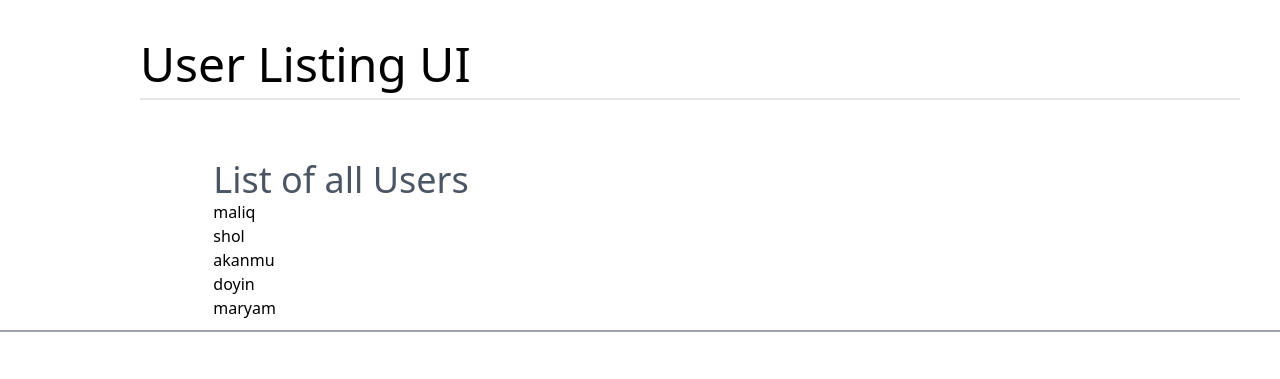
Repository: Marlstergo/listings
Page: / (app in client/)
These files come from the project's save history. The page is drawn as it stood at one moment and after the next save; the edit follows.
The browser window is 1280 px wide. The pictures show the whole page.
The project was rebuilt for these pictures with package versions that can differ from the ones it lists, and the page was loaded fresh each time. Also part of the build but not shown: client/craco.config.js, client/src/components/Loader.js, client/src/components/Order.js, client/src/components/Modal.js. Imported but missing from the stored project, and not drawn on this page: client/src/components/Base, client/src/components/Toppings.

Above is the page before, as saved 2021-07-20 21:58:11.

### client/src/index.js
/* eslint-disable no-unused-vars */
import React from "react";
import ReactDOM from "react-dom";
import "./index.css";
import App from "./App";
import reportWebVitals from "./reportWebVitals";
import { BrowserRouter } from "react-router-dom";
import { Provider } from "react-redux";
import { store } from "./redux/store";
import { PersistGate } from "redux-persist/integration/react";
import { persistor } from "./redux/store";

ReactDOM.render(
  <React.StrictMode>
    <Provider store={store}>
      <BrowserRouter>
        <PersistGate persistor={persistor}>
          <App />
        </PersistGate>
      </BrowserRouter>
    </Provider>
  </React.StrictMode>,
  document.getElementById("root")
);

// If you want to start measuring performance in your app, pass a function
// to log results (for example: reportWebVitals(console.log))
// or send to an analytics endpoint. Learn more: https://bit.ly/CRA-vitals
reportWebVitals();

### client/src/App.js
import React, { useState } from 'react';
import { Route, Switch, useLocation } from "react-router-dom";
import Header from './components/Header';
import Home from './components/Home';
import Base from './components/Base';
import Toppings from './components/Toppings';
import Order from './components/Order';
import Modal from './components/Modal';
import { AnimatePresence } from 'framer-motion';

function App() {
  const location = useLocation();
  const showModal = true;

  return (
    <>
      <Header />
      {/* <Modal showModal={showModal} /> */}
      <AnimatePresence exitBeforeEnter>
        <Switch location={location} key={location.key}>
          <Route path="/">
            <Home />
          </Route>
          <Route path="/createUpdateUser">
            <Toppings />
          </Route>
          <Route path="/order">
            <Order />
          </Route>
          <Route path="/">
            <Home />
          </Route>
        </Switch>
      </AnimatePresence>

    </>
  );
}

export default App;

### client/src/redux/store.js
import { createStore, applyMiddleware } from "redux";
import { logger } from 'redux-logger';
import {persistStore} from 'redux-persist';
// import thunk from 'redux-thunk'
import createSagaMiddleware from 'redux-saga'

import rootSaga from './root-sagas'

import rootReducer from './root-reducer';

const sagaMiddleware = createSagaMiddleware()

const middleware = [sagaMiddleware];

if( process.env.NODE_ENV === 'development'){
    middleware.push(logger)
}

export const store = createStore(rootReducer, applyMiddleware(...middleware))

sagaMiddleware.run(rootSaga)

export const persistor = persistStore(store)

export default (store, persistor);

### client/src/components/Header.js
import React from 'react';
import { motion } from 'framer-motion';

const svgVariants = {
  hidden: { rotate: -180 },
  visible: {
    rotate: 0,
    transition: { duration : 1 }
  },
}

const pathVariants = {
  hidden: {
    opacity: 0,
    pathLength: 0,
  },
  visible: {
    opacity: 1,
    pathLength: 1,
    transition: {
      duration: 2,
      ease: "easeInOut",
    }
  }
};


const Header = () => {
  return (
    <header className='flex p-[40px]  items-center'>
      <motion.div className="logo"
        drag
        dragConstraints={{ left: 0, top: 0, right: 0, bottom: 0 }}
        dragElastic={0.7}
      >
        <motion.svg className="w-[80px] overflow-visible" xmlns="http://www.w3.org/2000/svg" viewBox="0 0 100 100"
          variants={svgVariants}
          initial="hidden"
          animate="visible"
        >
          <motion.path
            fill="none"
            d="M40 40 L80 40 C80 40 80 80 40 80 C40 80 0 80 0 40 C0 40 0 0 40 0Z"
            variants={pathVariants}
          />
          <motion.path
            fill="none"
            d="M50 30 L50 -10 C50 -10 90 -10 90 30 Z"
            variants={pathVariants}
          />
        </motion.svg>
      </motion.div>
      <motion.div className=" flex-grow ml-[20px] text-xs"
        initial={{ y: -250}}
        animate={{ y: -10 }}
        transition={{ delay: 0.2, type: 'spring', stiffness: 120 }}
      >
        <h1 className="border-b-2 pb-[10px] text-5xl">User Listing UI</h1>
      </motion.div>
    </header>
  )
}

export default Header;

### client/src/components/Home.js
import React from "react";
import { Link } from "react-router-dom";
import { motion } from "framer-motion";
import Loader from "./Loader";

const buttonVariants = {
  hover: {
    scale: 1.1,
    textShadow: "0px 0px 8px rgb(255,255,255)",
    boxShadow: "0px 0px 8px rgb(255,255,255)",
    transition: {
      duration: 0.3,
      yoyo: 5,
    },
  },
};

const containerVariants = {
  hidden: {
    opacity: 0,
  },
  visible: {
    opacity: 1,
    transition: { delay: 1.5, duration: 1.5 },
  },
  exit: {
    x: "-100vh",
    transition: { ease: "easeInOut" },
  },
};
const users = ["maliq", "shol", "akanmu", "doyin", "maryam"];
const Home = () => {
  return (
    <motion.div
      className="  pb-[10px] mb-[10px] border-b-2 border-gray-400 flex flex-col items-center"
      variants={containerVariants}
      initial="hidden"
      animate="visible"
      exit="exit"
    >
      <div className="w-2/3 ">
        <h2 className="text-4xl text-gray-600">List of all Users</h2>
        <ul>
          {users.map(
            (user) => (
              <li>{user}</li>
            )
          )}

        </ul>
        {/* <table className="min-w-full divide-y divide-gray-200">
          <thead>
            <tr>
              <th className="px-6 py-3 bg-gray-50 text-left text-xs font-medium text-gray-500 uppercase tracking-wider">
                Transaction
              </th>
              <th className="px-6 py-3 bg-gray-50 text-right text-xs font-medium text-gray-500 uppercase tracking-wider">
                Amount
              </th>
              <th className="hidden px-6 py-3 bg-gray-50 text-left text-xs font-medium text-gray-500 uppercase tracking-wider md:block">
                Status
              </th>
              <th className="px-6 py-3 bg-gray-50 text-right text-xs font-medium text-gray-500 uppercase tracking-wider">
                Date
              </th>
            </tr>
          </thead>
        </table> */}
      </div>
    </motion.div>
  );
};

export default Home;

### client/src/redux/root-sagas.js
import {all, call} from 'redux-saga/effects'
import {userSagas} from './user/user.sagas'


export default function* rootSaga(){
    yield all([
        call(userSagas),
    ])
}

### client/src/redux/root-reducer.js
import {combineReducers} from 'redux'
import userReducer from './user/user.reducer'
// import cartReducer from './cart/cart.reducer'
import {persistReducer} from 'redux-persist'
import storage from 'redux-persist/lib/storage'
// import directoryReducer from './directory/directory.reducer'
// import shopReducer from './shop/shop.reducer'

const persistConfig ={
    key: 'root',
    storage,
    whitelist: ['' ]
}
const rootReducer = combineReducers({
    user: userReducer,

})
export default persistReducer(persistConfig, rootReducer)

### client/src/redux/user/user.sagas.js
import { all, call, put, takeLatest } from "redux-saga/effects";

import UserActionTypes from "./user.types";
import { loadUserDetail } from "./user.action";
// import axios from "axios";
// import { getUserDetailsURL } from "../../components/stringConstants";

export function* getDetails() {
  yield console.log("i fired");

  // try {
  //   console.log("inside try");

  //   const res = yield axios.get(getUserDetailsURL);
  //   const data = yield res.data;
  //   console.log(res);
  //   yield put(loadUserDetail(data ? data.data[0] : {}));
  // } catch (err) {
  //   console.log(err.response);
  //   if (err.response && err.response.statusText === "Not Found") {
  //     // console.log("");
  //     window.location.href = "/profile/settings?newUser=0837";
  //   }
  // }
}

export function* getUserDetails() {
  yield takeLatest(UserActionTypes.GET_USER_DETAIL, getDetails);
}
// export function* loadUserDetails(){
//     yield takeLatest(UserActionTypes.LOAD_USER_DETAIL, loadDetails)
// }

export function* userSagas() {
  yield all([call(getUserDetails)]);
}

### client/src/redux/user/user.reducer.js
import UserActionTypes from "./user.types";
const INITIAL_STATE = {
  // currentUser: null,
  userDetail: {},
  demo: 'i am demo',
  location: null

};
const userReducer = (state = INITIAL_STATE, action) => {
  switch (action.type) {

    case UserActionTypes.LOAD_USER_DETAIL:
      return {
        ...state,
        userDetail: action.payload,
      };

    case UserActionTypes.COLLECT_GEOLOCATION:
      return {
        ...state,
        location: action.payload
      }
    default:
      return state;
  }
};

export default userReducer;

### client/src/redux/user/user.types.js
const UserActionTypes ={
    GOOGLE_SIGN_IN_START : 'GOOGLE_SIGN_IN_START',
    SIGN_IN_SUCCESS : 'SIGN_IN_SUCCESS',
    SIGN_IN_FAILURE : 'SIGN_IN_FAILURE',
    GET_USER_DETAIL: 'GET_USER_DETAIL',
    LOAD_USER_DETAIL: 'LOAD_USER_DETAIL',
    COLLECT_GEOLOCATION: 'COLLECT_GEOLOCATION',
    FETCH_GEOLOCATION: 'FETCH_GEOLOCATION'
}
export default UserActionTypes;

### client/src/redux/user/user.action.js
import UserActionTypes from './user.types'



// export const googleSignInStart = () => ({
//     type: UserActionTypes.GOOGLE_SIGN_IN_START
// })

// export const signInSuccess = (user) => ({
//     type: UserActionTypes.SIGN_IN_SUCCESS,
//     payload: user
// })

export const getUserDetail = () => ({
    type: UserActionTypes.GET_USER_DETAIL,

})
export const loadUserDetail = (details) => ({
    type: UserActionTypes.LOAD_USER_DETAIL,
    payload: details
})

export const fetchGeoloction = () => ({
    type: UserActionTypes.FETCH_GEOLOCATION
})
export const collectGeolocation = (location) => ({
    type: UserActionTypes.COLLECT_GEOLOCATION,
    payload: location
})
// })

### client/tailwind.config.js
  // tailwind.config.js
  module.exports = {
    mode:'jit',
    purge: ['./src/**/*.{js,jsx,ts,tsx}', './public/index.html'],
     darkMode: false, // or 'media' or 'class'
     theme: {
       extend: {},
     },
     variants: {
       extend: {},
     },
     plugins: [],
   }

Loaded but not shown: client/public/index.html (common file); client/src/index.css (common file); client/src/reportWebVitals.js (common file)

After the next save:
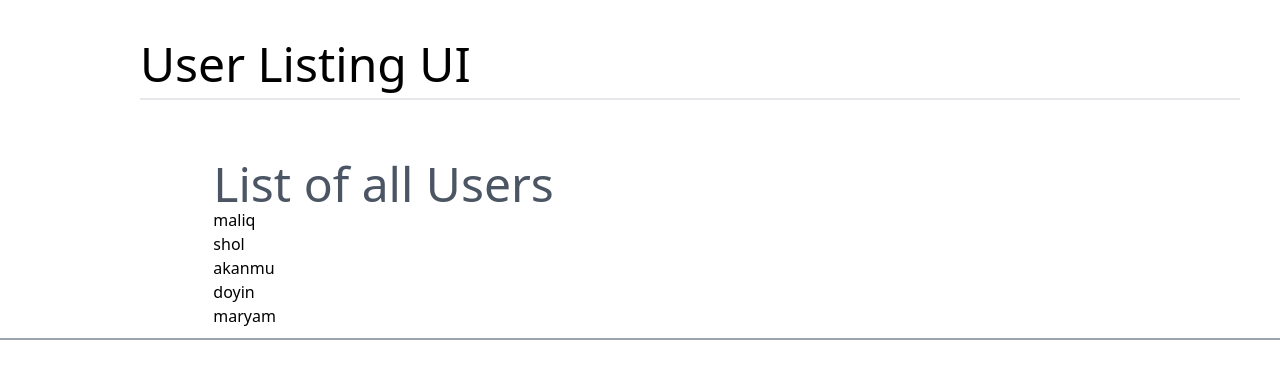
Saved 17 s later.
--- a/client/src/components/Home.js
+++ b/client/src/components/Home.js
@@ -39,7 +39,7 @@ const Home = () => {
       exit="exit"
     >
       <div className="w-2/3 ">
-        <h2 className="text-4xl text-gray-600">List of all Users</h2>
+        <h2 className="text-5xl text-gray-600">List of all Users</h2>
         <ul>
           {users.map(
             (user) => (
